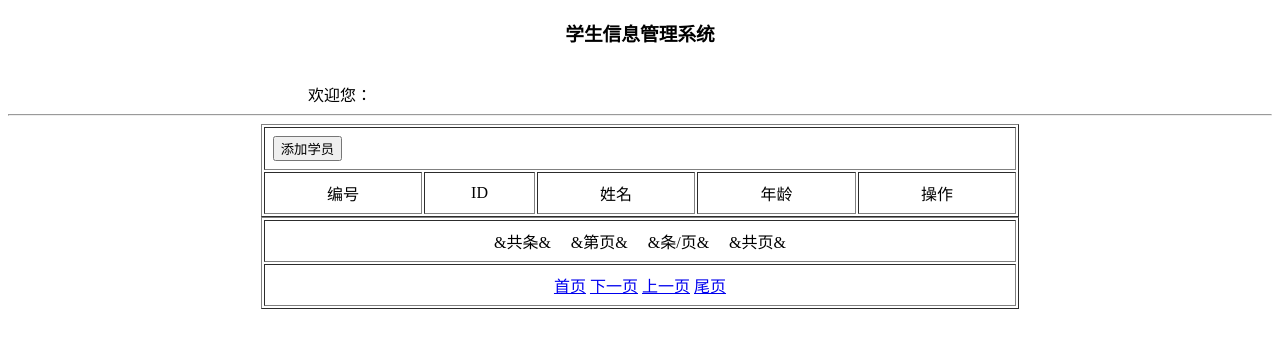
Repository: DataBoxWx/mvc_servlet_3
Page: http://localhost/mvc_2/jsp/studentlist.jsp
An editor plug-in stored every save of this project. The page is shown before and after the next save, followed by the edit.
The browser window is 1280 px wide. The pictures show the whole page.
The page is served by Tomcat 9.

Above is the page before, as saved 2018-05-09 07:04:55.

After the next save:
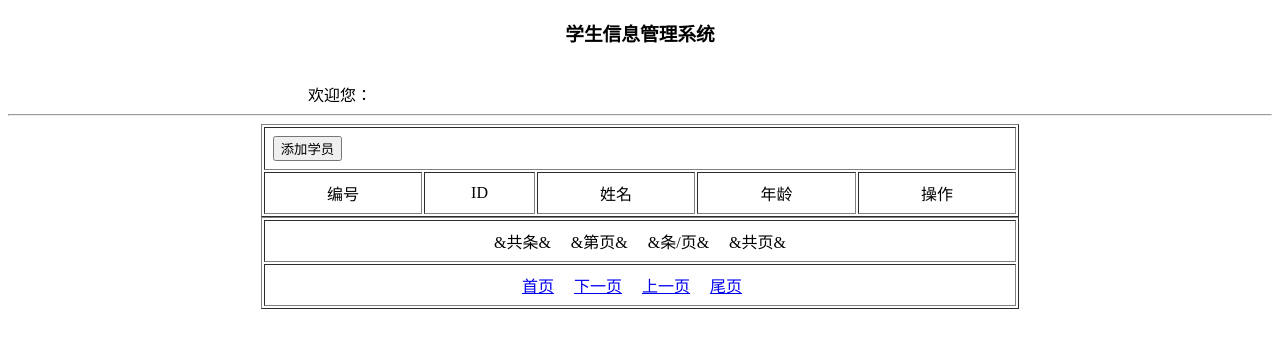
Saved 23 s later.
--- a/mvc_2/WebContent/jsp/studentlist.jsp
+++ b/mvc_2/WebContent/jsp/studentlist.jsp
@@ -47,10 +47,10 @@
 		</tr>
 		<tr>
 			<td>
-				<a href="javascript:viod(0)">首页</a>
-				<a href="javascript:viod(0)">下一页</a>
-				<a href="javascript:viod(0)">上一页</a>
-				<a href="javascript:viod(0)">尾页</a>
+				<a href="javascript:viod(0)">首页</a>&nbsp;&nbsp;&nbsp;&nbsp;
+				<a href="javascript:viod(0)">下一页</a>&nbsp;&nbsp;&nbsp;&nbsp;
+				<a href="javascript:viod(0)">上一页</a>&nbsp;&nbsp;&nbsp;&nbsp;
+				<a href="javascript:viod(0)">尾页</a>&nbsp;&nbsp;&nbsp;&nbsp;
 			</td>
 		</tr>
 	</table>
